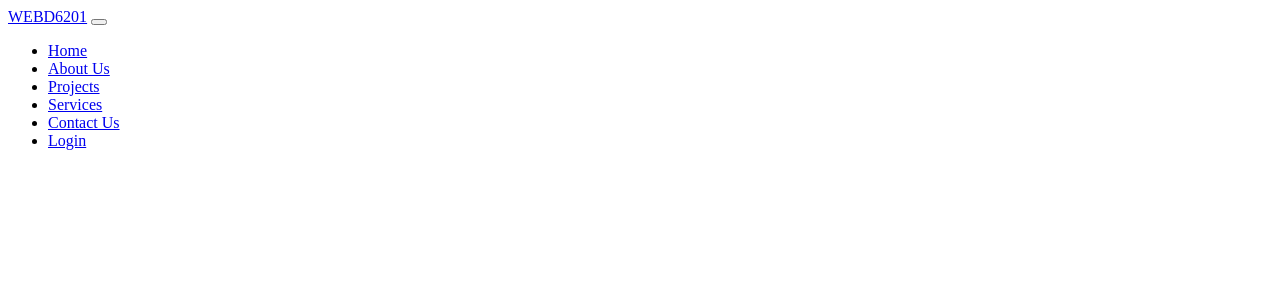
Repository: jaisydh07/WEBD6201-ICE6
Page: Views/components/header.html
The author's editor kept a copy of each file at every save. The page is drawn from the files as they stood at one save, then again after the next save.
The browser window is 1280 px wide. The pictures show the whole page.

Above is the page before, as saved 2021-03-06 20:22:43.

### Views/components/header.html
<!-- Main Navigation -->
<nav class="navbar navbar-expand-lg navbar-dark bg-dark">
    <div class="container-fluid">
      <a class="navbar-brand" href="index.html">WEBD6201</a>
      <button class="navbar-toggler" type="button" data-bs-toggle="collapse" data-bs-target="#navbarSupportedContent" aria-controls="navbarSupportedContent" aria-expanded="false" aria-label="Toggle navigation">
        <span class="navbar-toggler-icon"></span>
      </button>
      <div class="collapse navbar-collapse" id="navbarSupportedContent">
        <ul class="navbar-nav me-auto mb-2 mb-lg-0">
          <li class="nav-item">
            <a class="nav-link" aria-current="page" href="index.html"><i class="fas fa-home fa-lg"></i> Home</a>
          </li>

          <li class="nav-item">
            <a class="nav-link" aria-current="page" href="about.html"><i class="fas fa-info fa-lg"></i> About Us</a>
          </li>

          <li class="nav-item">
            <a class="nav-link" aria-current="page" href="projects.html"><i class="fas fa-cog fa-lg"></i> Projects</a>
          </li>

          <li class="nav-item">
            <a class="nav-link" aria-current="page" href="services.html"><i class="fas fa-map fa-lg"></i> Services</a>
          </li>

          <li class="nav-item">
            <a class="nav-link" aria-current="page" href="contact.html"><i class="fas fa-phone fa-lg"></i> Contact Us</a>
          </li>

          <li id="login" class="nav-item">
            <a class="nav-link" aria-current="page" href="login.html"><i class="fas fa-sign-in-alt"></i> Login</a>
          </li>
        </ul>
      </div>
    </div>
  </nav>

After the next save:
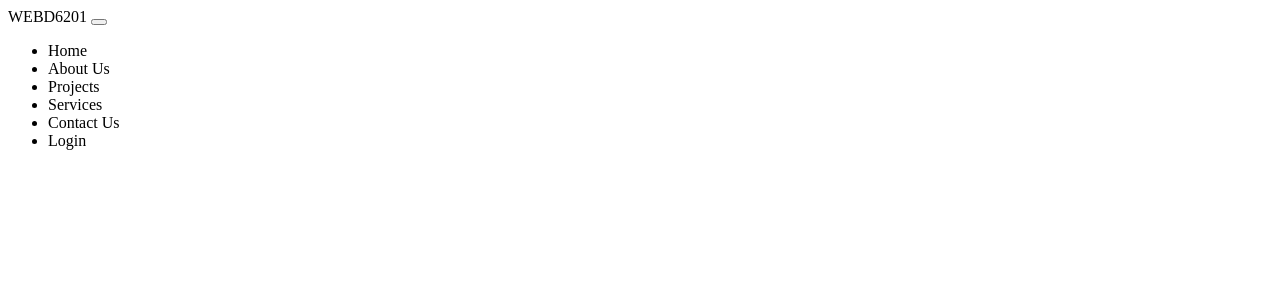
Saved 3 min 31 s later.
--- a/Views/components/header.html
+++ b/Views/components/header.html
@@ -1,34 +1,34 @@
 <!-- Main Navigation -->
 <nav class="navbar navbar-expand-lg navbar-dark bg-dark">
     <div class="container-fluid">
-      <a class="navbar-brand" href="index.html">WEBD6201</a>
+      <a class="navbar-brand" >WEBD6201</a>
       <button class="navbar-toggler" type="button" data-bs-toggle="collapse" data-bs-target="#navbarSupportedContent" aria-controls="navbarSupportedContent" aria-expanded="false" aria-label="Toggle navigation">
         <span class="navbar-toggler-icon"></span>
       </button>
       <div class="collapse navbar-collapse" id="navbarSupportedContent">
         <ul class="navbar-nav me-auto mb-2 mb-lg-0">
           <li class="nav-item">
-            <a class="nav-link" aria-current="page" href="index.html"><i class="fas fa-home fa-lg"></i> Home</a>
+            <a id="home" class="nav-link" aria-current="page"><i class="fas fa-home fa-lg"></i> Home</a>
           </li>
 
           <li class="nav-item">
-            <a class="nav-link" aria-current="page" href="about.html"><i class="fas fa-info fa-lg"></i> About Us</a>
+            <a id="about"  class="nav-link" aria-current="page"><i class="fas fa-info fa-lg"></i> About Us</a>
           </li>
 
           <li class="nav-item">
-            <a class="nav-link" aria-current="page" href="projects.html"><i class="fas fa-cog fa-lg"></i> Projects</a>
+            <a id="projects"  class="nav-link" aria-current="page"><i class="fas fa-cog fa-lg"></i> Projects</a>
           </li>
 
           <li class="nav-item">
-            <a class="nav-link" aria-current="page" href="services.html"><i class="fas fa-map fa-lg"></i> Services</a>
+            <a id="services"  class="nav-link" aria-current="page"><i class="fas fa-map fa-lg"></i> Services</a>
           </li>
 
           <li class="nav-item">
-            <a class="nav-link" aria-current="page" href="contact.html"><i class="fas fa-phone fa-lg"></i> Contact Us</a>
+            <a id="contact"  class="nav-link" aria-current="page"><i class="fas fa-phone fa-lg"></i> Contact Us</a>
           </li>
 
           <li id="login" class="nav-item">
-            <a class="nav-link" aria-current="page" href="login.html"><i class="fas fa-sign-in-alt"></i> Login</a>
+            <a id="login" class="nav-link" aria-current="page"><i class="fas fa-sign-in-alt"></i> Login</a>
           </li>
         </ul>
       </div>
